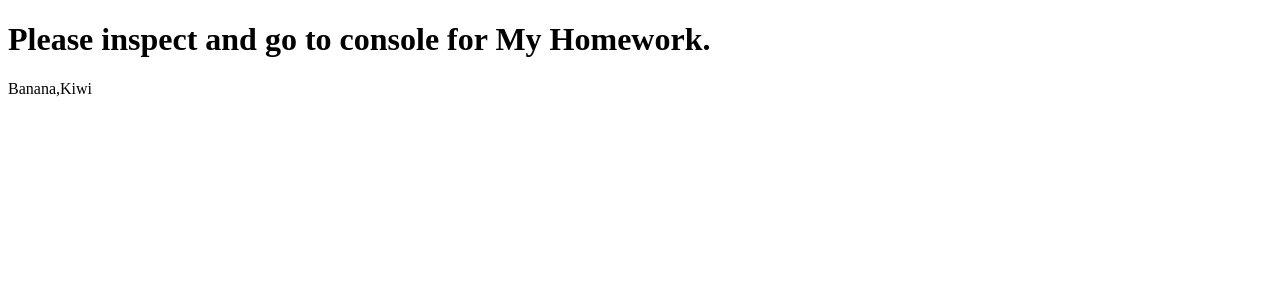
Repository: brightwhitesnow/brightwhitesnow.github.io
Page: Weba/lesson2/homeworkfiles/index.html
These files come from the project's save history. The page is drawn as it stood at one moment and after the next save; the edit follows.
The browser window is 1280 px wide. The pictures show the whole page.

Above is the page before, as saved 2021-04-18 10:28:03.

### Weba/lesson2/homeworkfiles/index.html
<!DOCTYPE html>
<html lang="en">
<head>
    <meta charset="UTF-8">
    <meta http-equiv="X-UA-Compatible" content="IE=edge">
    <meta name="viewport" content="width=device-width, initial-scale=1.0">
    <title>Document</title>
</head>
<body>

<h1>Please inspect and go to console for My Homework.</h1>

<p id="demo"></p>

<script src="./script.js"></script>
</body>
</html>

### Weba/lesson2/homeworkfiles/script.js
console.log('Bài 1')

for (let b = 0; b <= 100; b = b + 7) {
    console.log(b)
}

console.log('Bài 2')

let i = 1;
let j = 1;
if (i === 1) {
    console.log('Monday')
    i++
}
if (j === 1) {
    console.log('Brush My Teeth')
    console.log('Eat')
    console.log('Go to School')
    j++
}
if (i === 2) {
    console.log('Tuesday')
    i++
}
if (j === 2) {
    console.log('Brush My Teeth')
    console.log('Eat')
    console.log('Go to School')
    j++
}
if (i === 3) {
    console.log('Wednesday')
    i++
}
if (j === 3) {
    console.log('Brush My Teeth')
    console.log('Eat')
    console.log('Go to School')
    j++
}
if (i === 4) {
    console.log('Thursday')
    i++
}
if (j === 4) {
    console.log('Brush My Teeth')
    console.log('Eat')
    console.log('Go to School')
    j++
}
if (i === 5) {
    console.log('Friday')
    i++
}
if (j === 5) {
    console.log('Brush My Teeth')
    console.log('Eat')
    console.log('Go to School')
    j++
}

console.log('Bài 3')

for (let z = 50; z <= 70; z++) {
    console.log('Hello Duong ' + z)
}

console.log('Bai 2 Again')

let bai2 = (thu, name) => {
    console.log(thu)
    console.log('Wake Up!')
    console.log('Brush My teeth')
    console.log(name + ', Eat')
}
bai2('Monday', 'Ben')
bai2('Tuesday', 'Ben')
bai2('Wednesday', 'Ben')
bai2('Thursday', 'Ben')
bai2('Friday', 'Ben')













let z = 7
let y = 5


if (y == 0) {
    console.log('Error')
}

if (z == 0) {
    console.log('Error')
}


console.log('Addition')

let a = (y, z) => {
    console.log(y + z)
}

console.log('Multiplication')

let m = (y, z) => {
    console.log(y * z)
}

console.log('Subtraction')

let s = (y, z) => {
    console.log(y - z)
}

console.log('Division')

let d = (y, z) => {
    console.log(y / z)
}





//var arr1 = ["Banana", "Apple", "Orange", "Tangerine", "Plum", "Grapefruit", "Mango"];
//arr1.slice(0)
//var myChildren = arr1.concat("Peach");
//document.getElementById("demo").innerHTML = arr1;

var fruits = ["Banana", "Orange", "Lemon", "Apple", "Mango", ];
var citrus = fruits.slice(0, 1, 2, 3, 4);
citrus.push("Kiwi");
document.getElementById("demo").innerHTML = citrus ;

After the next save:
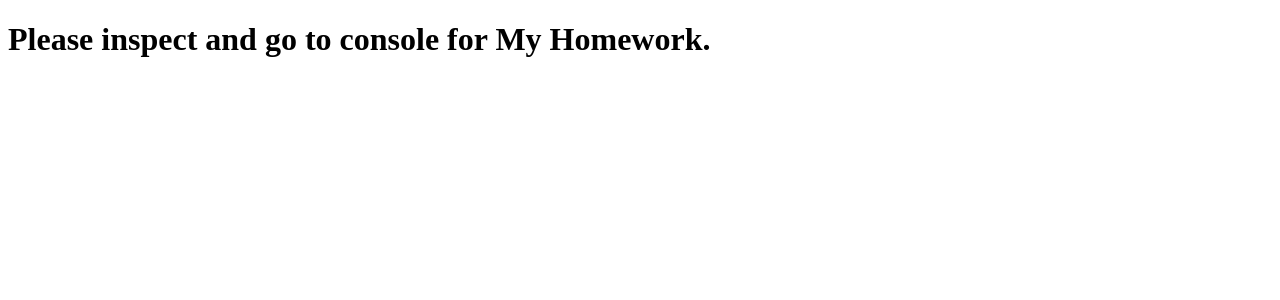
Console error: ReferenceError: people is not defined
Saved 6 min 30 s later.
--- a/Weba/lesson2/homeworkfiles/script.js
+++ b/Weba/lesson2/homeworkfiles/script.js
@@ -140,4 +140,5 @@
 var fruits = ["Banana", "Orange", "Lemon", "Apple", "Mango", ];
 var citrus = fruits.slice(0, 1, 2, 3, 4);
 citrus.push("Kiwi");
+people[0] = "Georgie";
 document.getElementById("demo").innerHTML = citrus ;

After the 3 saves that followed:
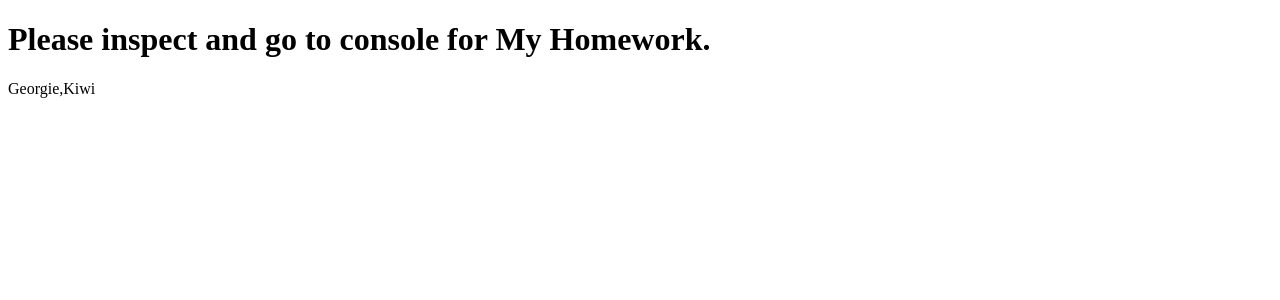
The error is gone.
The 3 saves are shown as one change because they came seconds apart.
The last was saved 12 s later.
--- a/Weba/lesson2/homeworkfiles/script.js
+++ b/Weba/lesson2/homeworkfiles/script.js
@@ -140,5 +140,5 @@
 var fruits = ["Banana", "Orange", "Lemon", "Apple", "Mango", ];
 var citrus = fruits.slice(0, 1, 2, 3, 4);
 citrus.push("Kiwi");
-people[0] = "Georgie";
+citrus[0] = "Georgie";
 document.getElementById("demo").innerHTML = citrus ;
